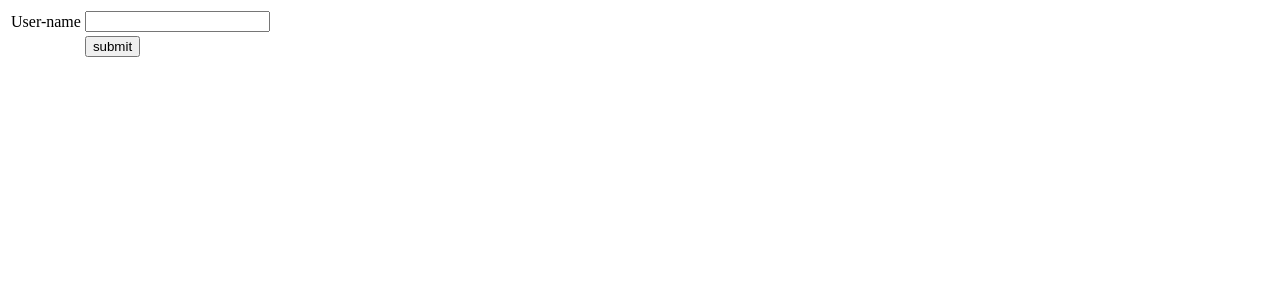
Repository: srinath9553717840/java
Page: spring-boot/SpringBootApplication1-5/src/main/webapp/index.html
An editor plug-in stored every save of this project. The page is shown before and after the next save, followed by the edit.
The browser window is 1280 px wide. The pictures show the whole page.

Above is the page before, as saved 2019-06-15 16:22:57.

After the next save:
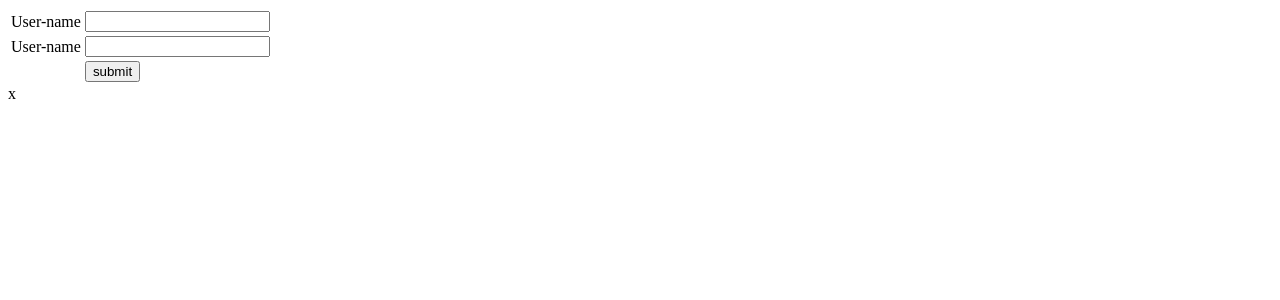
Saved 52 s later.
--- a/spring-boot/SpringBootApplication1-5/src/main/webapp/index.html
+++ b/spring-boot/SpringBootApplication1-5/src/main/webapp/index.html
@@ -1,6 +1,11 @@
 <body>
 <from action="save" method="post">
 <table>
+<tr>
+<td><table for="user-name">User-name</table></td>
+<td><input type="text" name="name"></input></td>
+</tr>
+
 <tr>
 <td><table for="user-name">User-name</table></td>
 <td><input type="text" name="name"></input></td>
@@ -11,5 +16,5 @@
 <td><input type="submit" value="submit"></input></td>
 </tr>
 </table>
-</from>
+</from>x
 </body>
